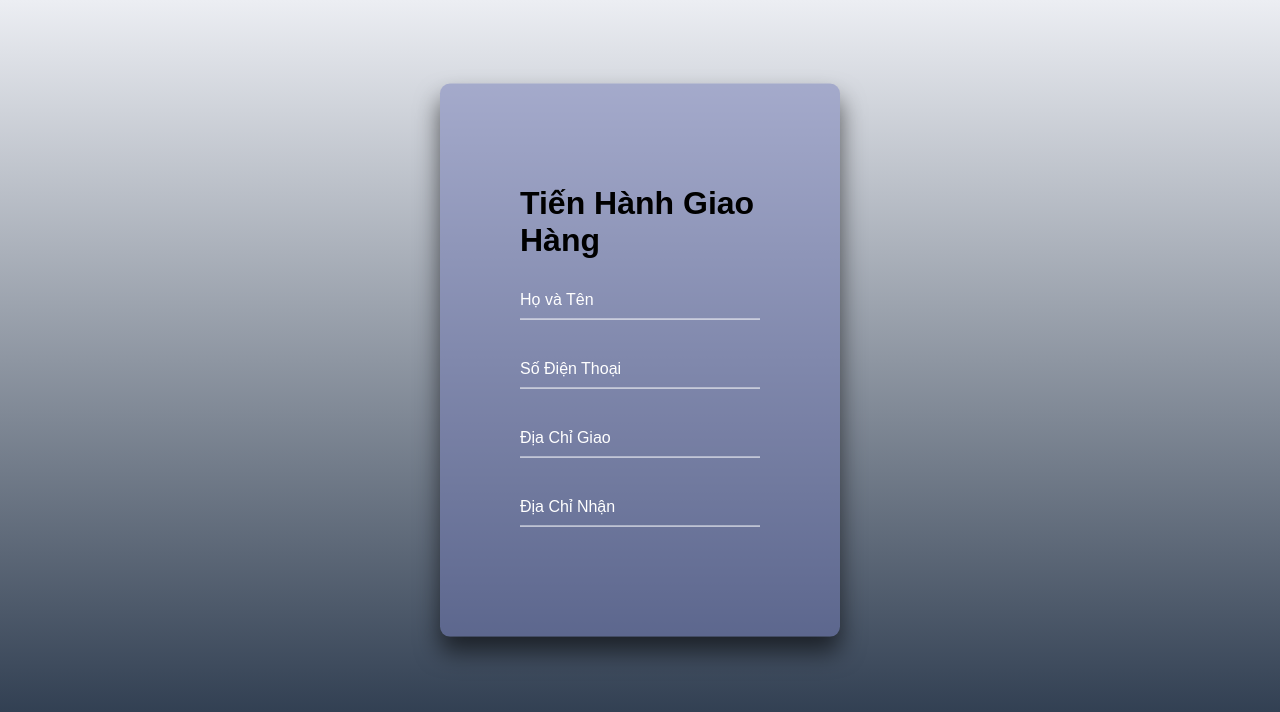
Repository: Pnguyen285/Demo
Page: Giao diện/index.html
The author's editor kept a copy of each file at every save. The page is drawn from the files as they stood at one save, then again after the next save.
The browser window is 1280 px wide. The pictures show the whole page.

Above is the page before, as saved 2023-07-27 22:01:31.

After the next save:
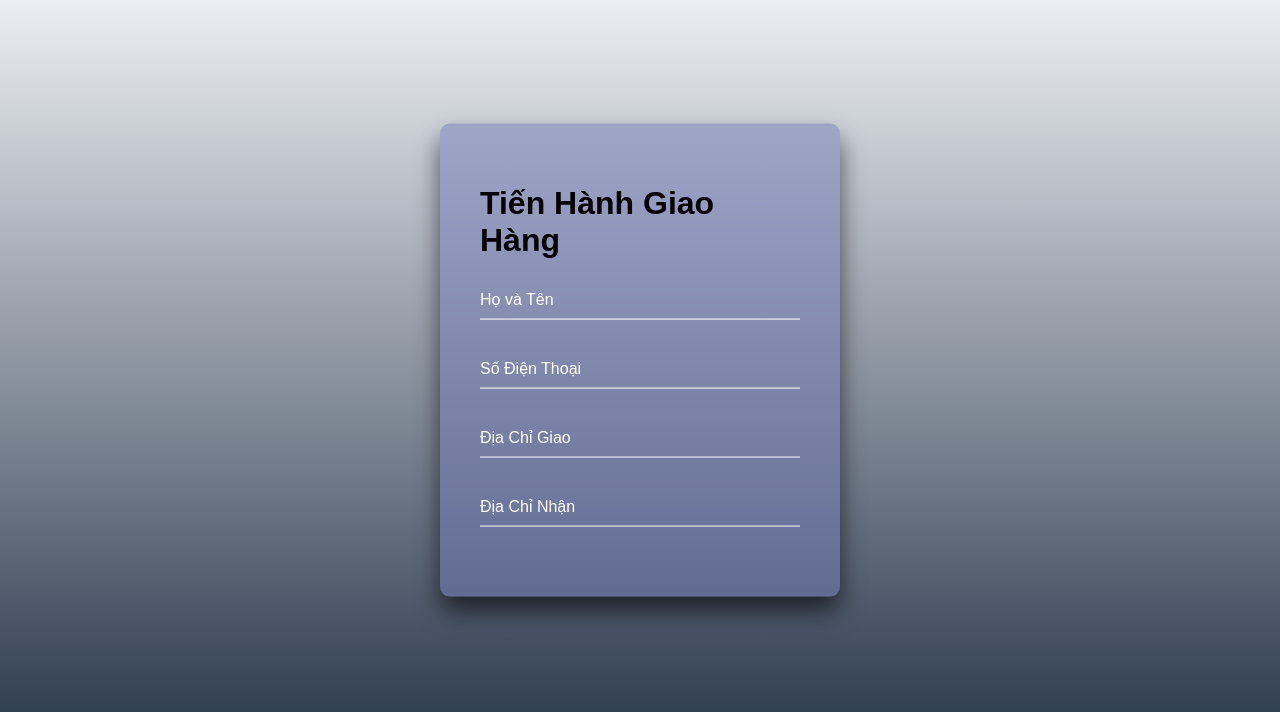
Saved 4 s later.
--- a/Giao diện/style.css
+++ b/Giao diện/style.css
@@ -13,7 +13,7 @@ body {
   top: 50%;
   left: 50%;
   width: 400px;
-  padding: 80px;
+  padding: 40px;
   transform: translate(-50%, -50%);
   background: rgba(116, 124, 184, 0.5);
   box-sizing: border-box;
